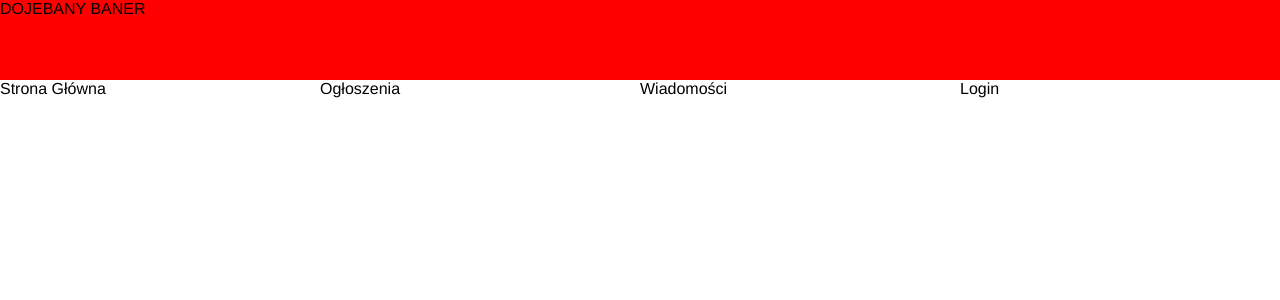
Repository: PatrykStawik/projectppz
Page: /
An editor plug-in stored every save of this project. The page is shown before and after the next save, followed by the edit.
The browser window is 1280 px wide. The pictures show the whole page.
The project was rebuilt for these pictures with package versions that can differ from the ones it lists, and the page was loaded fresh each time. The framework's server and built-in components were replaced by stand-ins that run in the browser.

Above is the page before, as saved 2021-05-21 21:34:32.

After the next save:
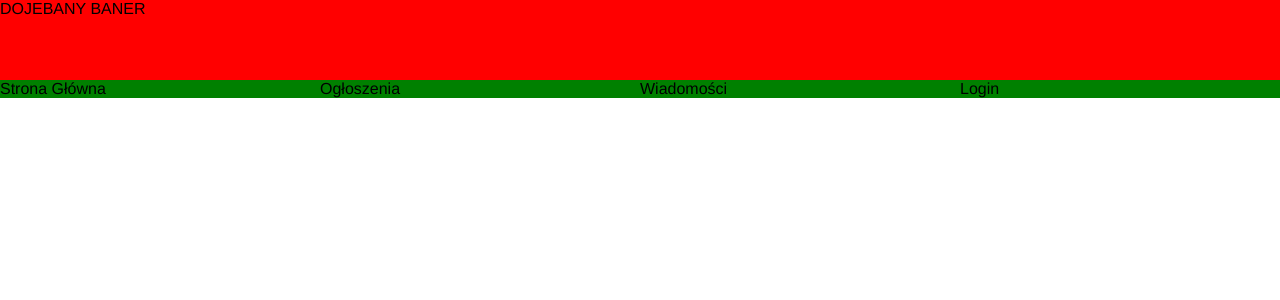
Saved 12 s later.
--- a/components/Header/Header.tsx
+++ b/components/Header/Header.tsx
@@ -12,6 +12,7 @@
     display: flex;
     .menuItem{
       flex: 1;
+      background-color: green;
     }
   }
 `;

After the save that followed:
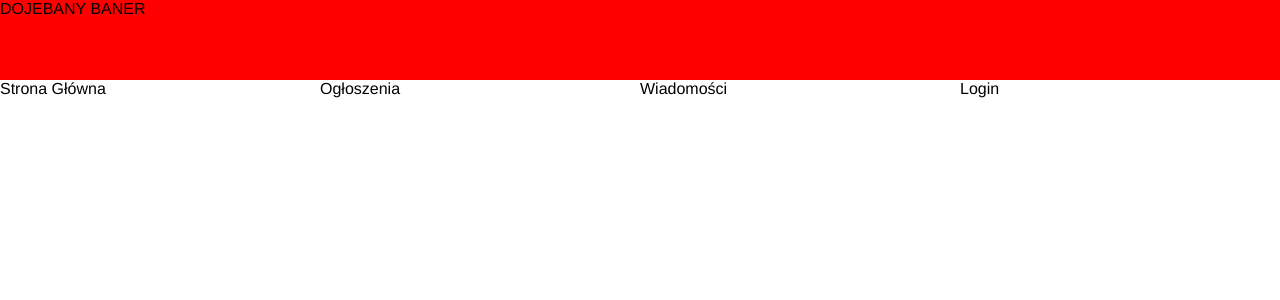
Saved 7 s later.
--- a/components/Header/Header.tsx
+++ b/components/Header/Header.tsx
@@ -12,7 +12,7 @@
     display: flex;
     .menuItem{
       flex: 1;
-      background-color: green;
+
     }
   }
 `;
